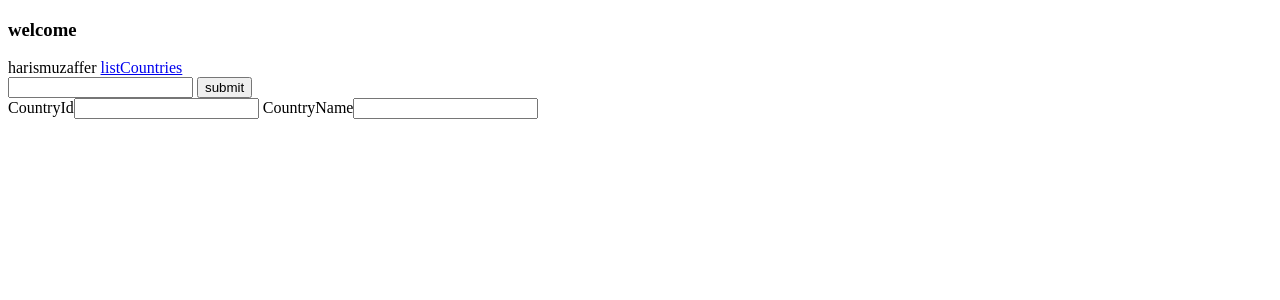
Repository: harismuzaffer/MyProjects
Page: http://localhost/IbmSpringMvc/
These files come from the project's save history. The page is drawn as it stood at one moment and after a run of saves; the edit follows.
The browser window is 1280 px wide. The pictures show the whole page.
The page is served by Tomcat 9. Other server files are loaded and not shown.

Above is the page before, as saved 2016-12-29 03:59:46.

### IbmSpringMvc/WebContent/WEB-INF/pages/index.jsp
<%@ page language="java" contentType="text/html; charset=ISO-8859-1"
    pageEncoding="ISO-8859-1"%>
<!DOCTYPE html PUBLIC "-//W3C//DTD HTML 4.01 Transitional//EN" "http://www.w3.org/TR/html4/loose.dtd">
<html>
<head>
<meta http-equiv="Content-Type" content="text/html; charset=ISO-8859-1">
<title>Insert title here</title>
</head>
<body>


<h3> welcome</h3> ${user}
<a href="listCountries">listCountries</a>

<form action="getCountry" method="post">

	<input type="text" name="cid">
	<input type="submit" value="submit">

</form>


<form action="insertCountry" method="post">

	CountryId<input type="text" name="ctry.countryId">
	CountryName<input type="text" name="CountryName">

</form>

</body>
</html>

After the next 2 saves:
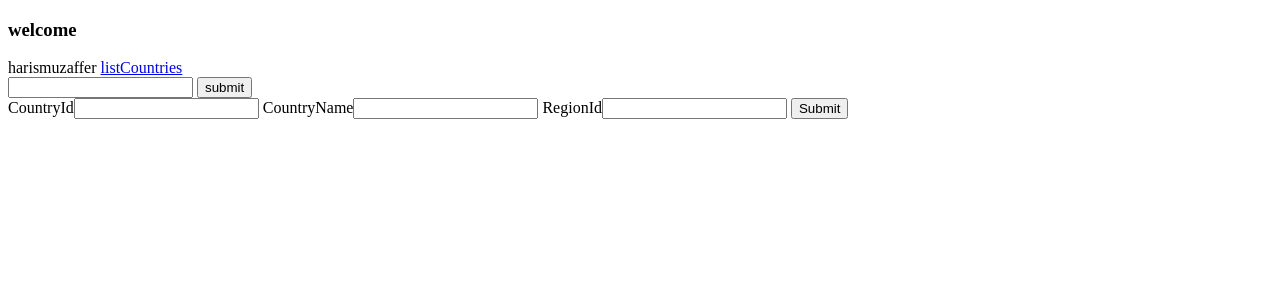
The 2 saves are shown as one change because they came seconds apart.
The last was saved 52 s later.
--- a/IbmSpringMvc/WebContent/WEB-INF/pages/index.jsp
+++ b/IbmSpringMvc/WebContent/WEB-INF/pages/index.jsp
@@ -23,7 +23,9 @@
 <form action="insertCountry" method="post">
 
 	CountryId<input type="text" name="ctry.countryId">
-	CountryName<input type="text" name="CountryName">
+	CountryName<input type="text" name="ctry.countryName">
+	RegionId<input type="text" name="ctry.regionId">
+	<input type="submit">
 
 </form>
 
